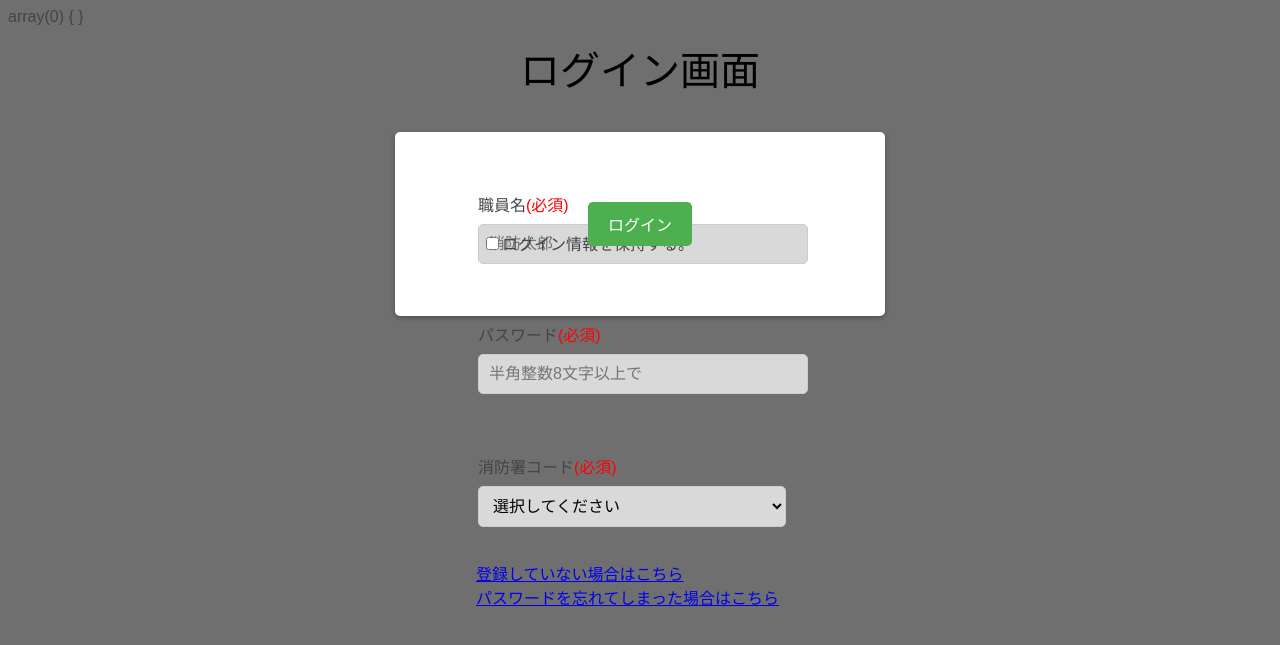
Repository: akarisuki/docker-taishobutu_app
Page: http://localhost/taishobutu_app/login/login.php
These files come from the project's save history. The page is drawn as it stood at one moment and after the next save; the edit follows.
The browser window is 1280 px wide. The pictures show the whole page.
The page is run by PHP 8.4 with error messages shown; the project is at /var/www/html/. Style sheets and scripts are compiled from the project's sources, by tool versions that may differ from the author's.

Above is the page before, as saved 2023-12-29 21:42:06.

After the next save:
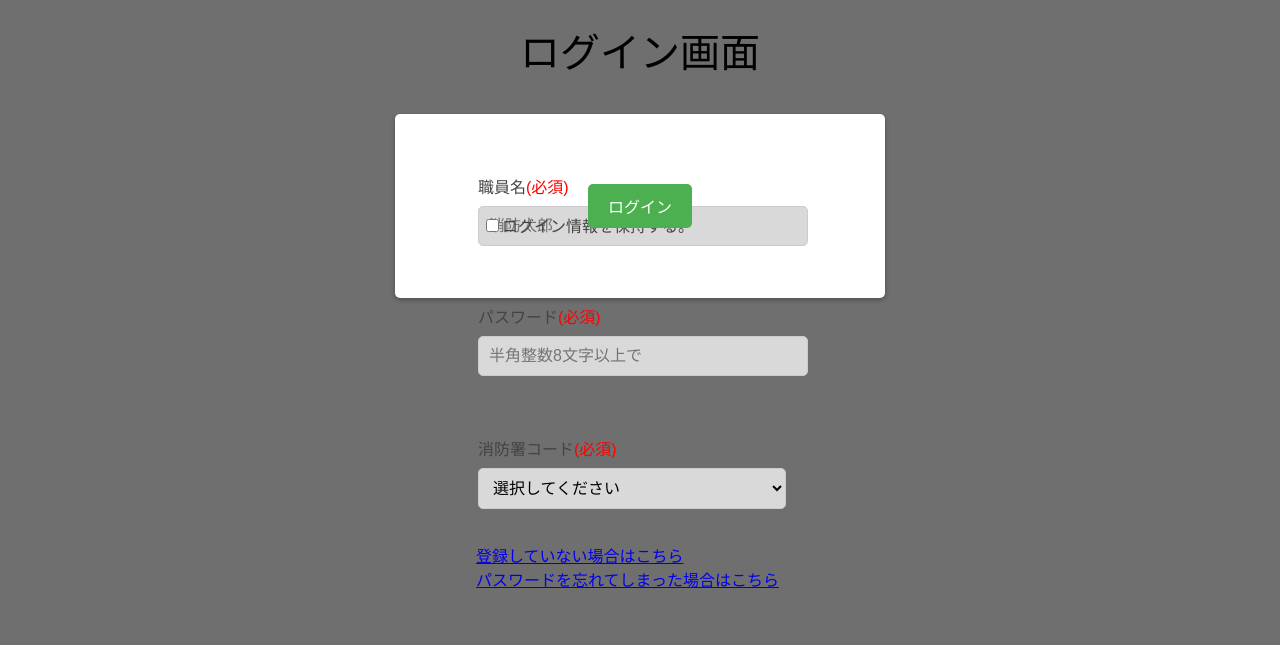
Saved 11 min 9 s later.
--- a/src/taishobutu_app/login/login.php
+++ b/src/taishobutu_app/login/login.php
@@ -18,7 +18,7 @@
         $_SESSION['flash'] = null;
     }
 
-    var_dump($_GET);
+
 ?>
 <div class="title">ログイン画面</div>
     <div class="form-wrapper"> <!-- フォームを囲む要素を追加 -->
